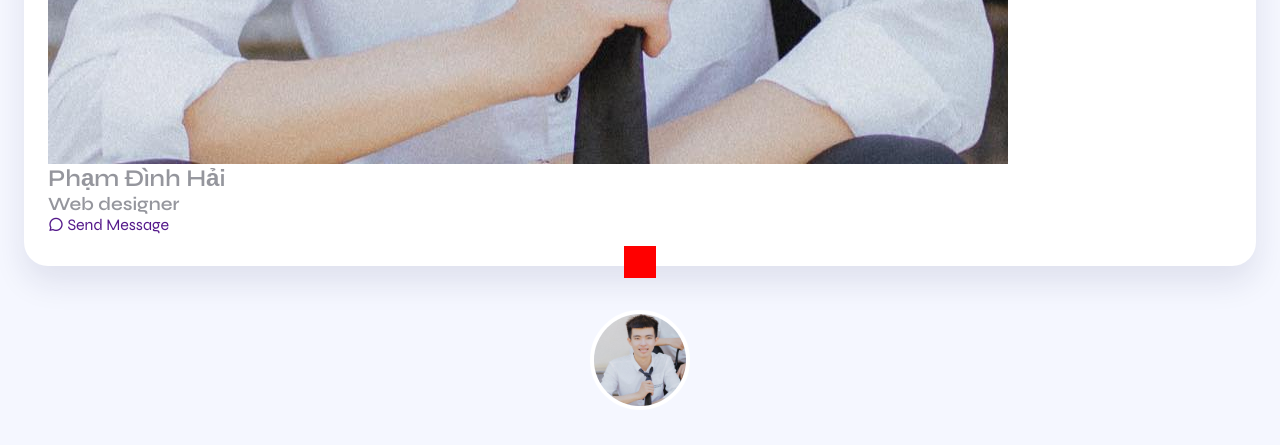
Repository: dinhhaidh/Profile
Page: index.html
These files come from the project's save history. The page is drawn as it stood at one moment and after a run of saves; the edit follows.
The browser window is 1280 px wide. The pictures show the whole page.
Some web libraries are served in a nearby version.

Above is the page before, as saved 2024-02-29 09:14:08.

After the next 4 saves:
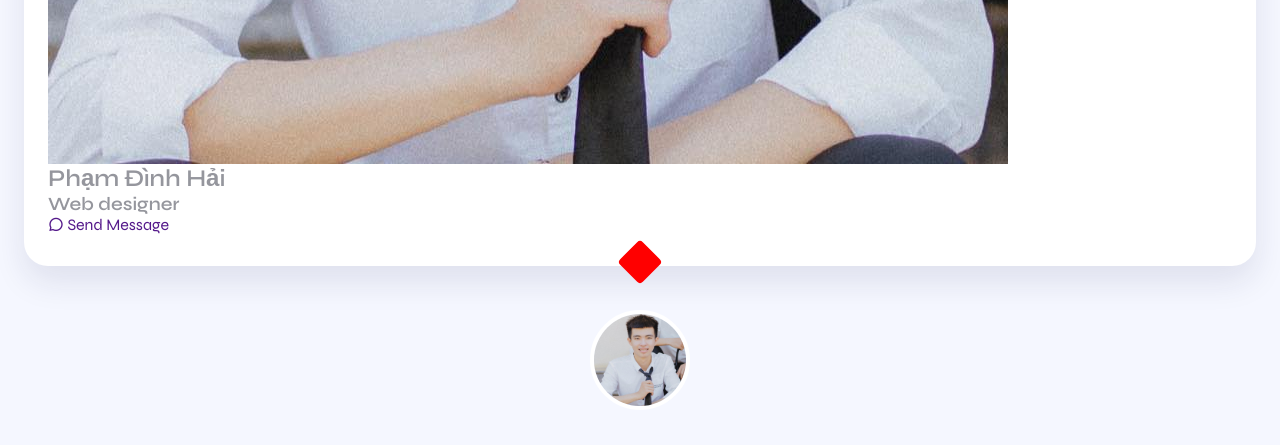
The 4 saves are shown as one change because they came seconds apart.
The last was saved 10 s later.
--- a/style.css
+++ b/style.css
@@ -101,7 +101,8 @@ img {
     right: 0;
     bottom: -.75rem;
     margin-inline: auto;
-    border-radius: ;
+    border-radius: .25rem;
+    rotate: 45deg;
 }
 .card__header{
 
